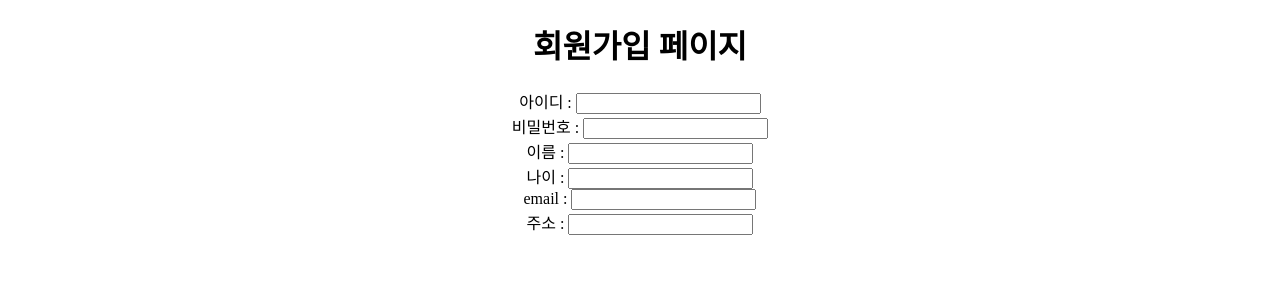
Repository: WoodongMaster/JSP_Workspace
Page: http://localhost/jsp_project/member/join.jsp
The author's editor kept a copy of each file at every save. The page is drawn from the files as they stood at one save, then again after the next save.
The browser window is 1280 px wide. The pictures show the whole page.
The page is served by Tomcat 9.

Above is the page before, as saved 2023-05-12 03:22:50.

After the next save:
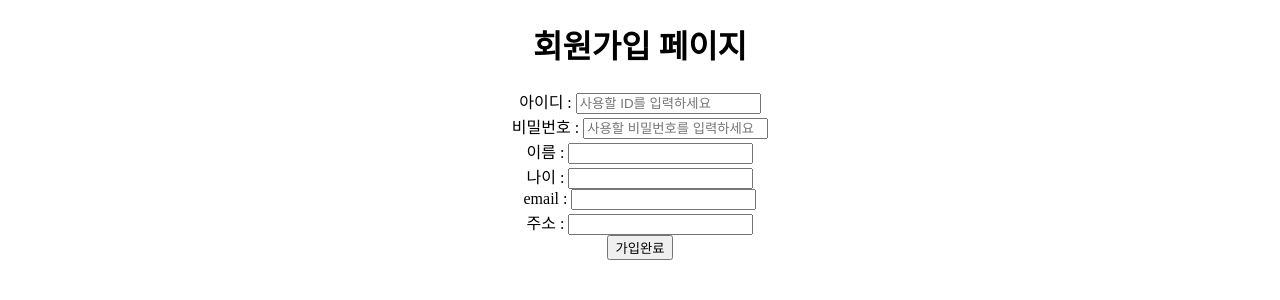
Saved 2 min 49 s later.
--- a/jsp_project2/jsp_project/src/main/webapp/member/join.jsp
+++ b/jsp_project2/jsp_project/src/main/webapp/member/join.jsp
@@ -1,5 +1,5 @@
 <%@ page language="java" contentType="text/html; charset=UTF-8"
-    pageEncoding="UTF-8"%>
+	pageEncoding="UTF-8"%>
 <!DOCTYPE html>
 <html>
 <head>
@@ -7,13 +7,16 @@
 <title>회원가입</title>
 </head>
 <body align="center">
-<h1>회원가입 페이지</h1>
-	아이디 : <input type="text"><br>
-	비밀번호 : <input type="text"><br>
-	이름 : <input type="text"><br>
-	나이 : <input type="number"><br>
-	email : <input type="text"><br>
-	주소 : <input type="text">
+	<h1>회원가입 페이지</h1>
 
+	<form action="" method="post">
+		아이디 : <input type="text" name ="id" placeholder="사용할 ID를 입력하세요"><br>
+		비밀번호 : <input type="password" name="password" placeholder="사용할 비밀번호를 입력하세요"><br>
+		이름 : <input type="text" name="name"><br>
+		나이 : <input type="number" name="age"><br>
+		email : <input type="text" name="email"><br>
+		주소 : <input type="text" name="address"><br>
+		<button type="submit">가입완료</button>
+	</form>
 </body>
 </html>
